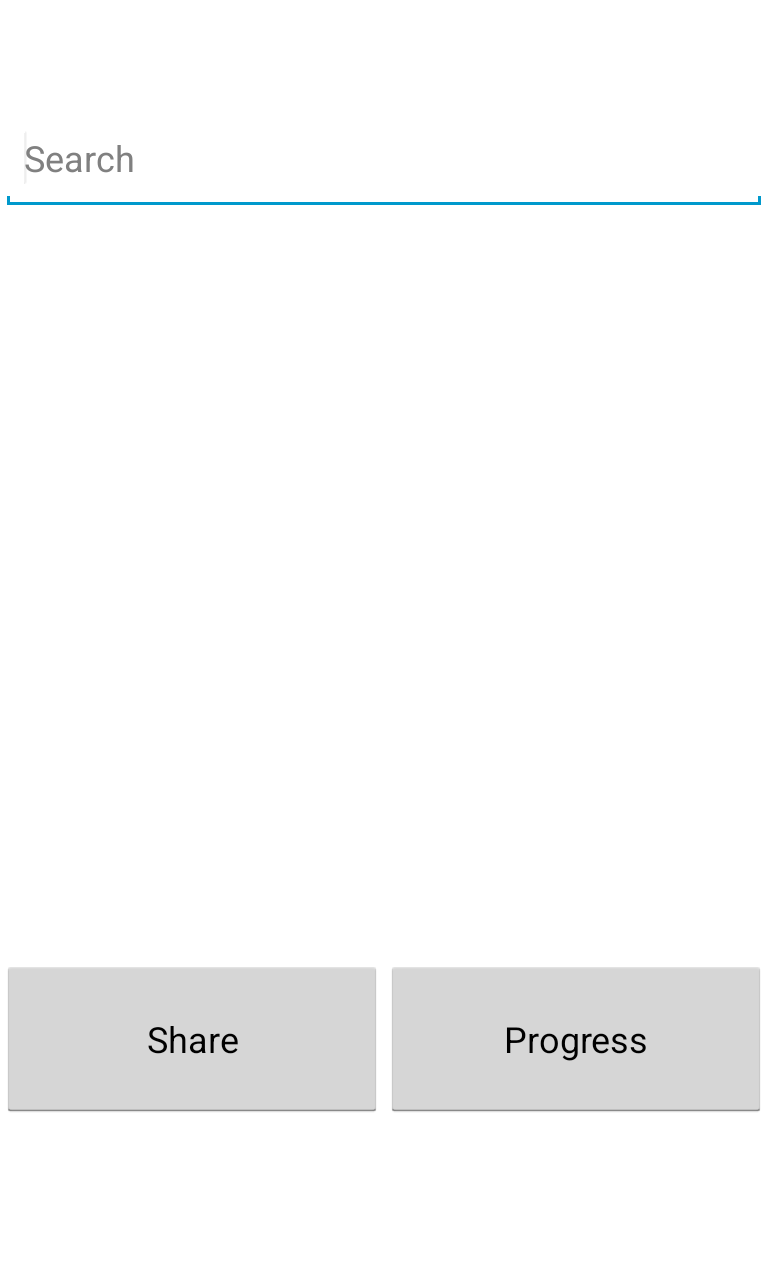
Repository: thinhnk55/android-appshare
Layout: ShareApp/res/layout/activity_main.xml
An editor plug-in stored every save of this project. The layout is shown before and after the next save, followed by the edit.
It is drawn on a 768 x 1280 px phone screen (xhdpi) without system bars, with theme AppTheme; the app's code is not run.

Above is the layout before, as saved 2014-07-17 15:09:47.

### ShareApp/res/layout/activity_main.xml
<RelativeLayout xmlns:android="http://schemas.android.com/apk/res/android"
    xmlns:tools="http://schemas.android.com/tools"
    android:layout_width="match_parent"
    android:layout_height="match_parent"
    tools:context=".MainActivity">

    <TabHost
        android:id="@android:id/tabhost"
        android:layout_width="match_parent"
        android:layout_height="match_parent"
        android:layout_alignParentLeft="true"
        android:layout_alignParentTop="true">

        <LinearLayout
            android:layout_width="match_parent"
            android:layout_height="match_parent"
            android:orientation="vertical"
            android:weightSum="120" >

            <TabWidget
                android:id="@android:id/tabs"
                android:layout_width="match_parent"
                android:layout_height="0dp"
                android:layout_weight="10">
            </TabWidget>

            <AutoCompleteTextView
                android:id="@+id/autoCompleteTextView1"
                android:layout_width="match_parent"
                android:layout_height="0dp"
                android:layout_weight="10"
                android:ems="10"
                android:hint="Search">

                <requestFocus
                    android:layout_width="wrap_content"
                    android:layout_height="wrap_content" />

            </AutoCompleteTextView>

            <FrameLayout
                android:id="@android:id/tabcontent"
                android:layout_width="match_parent"
                android:layout_height="0dp"
                android:layout_weight="70">

            </FrameLayout>

            <HorizontalScrollView
                android:id="@+id/horizontalScrollView1"
                android:layout_width="match_parent"
                android:layout_height="0dp"
                android:weightSum="20" >

                <LinearLayout
                    android:layout_width="match_parent"
                    android:layout_height="match_parent"
                    android:orientation="horizontal" >
                </LinearLayout>
            </HorizontalScrollView>

            <LinearLayout
                android:layout_width="match_parent"
                android:layout_height="0dp"
                android:layout_weight="15"
                android:weightSum="20">

                <Button
                    android:id="@+id/button2"
                    android:layout_width="0dp"
                    android:layout_height="match_parent"
                    android:layout_weight="10"
                    android:text="Share" />

                <Button
                    android:id="@+id/button3"
                    android:layout_width="0dp"
                    android:layout_height="match_parent"
                    android:layout_weight="10"
                    android:text="Progress" />

            </LinearLayout>

        </LinearLayout>
    </TabHost>

</RelativeLayout>

Loaded but not shown: ShareApp/res/values/styles.xml (common file); ShareApp/res/values-v11/styles.xml (common file); ShareApp/res/values-v14/styles.xml (common file)

After the next save:
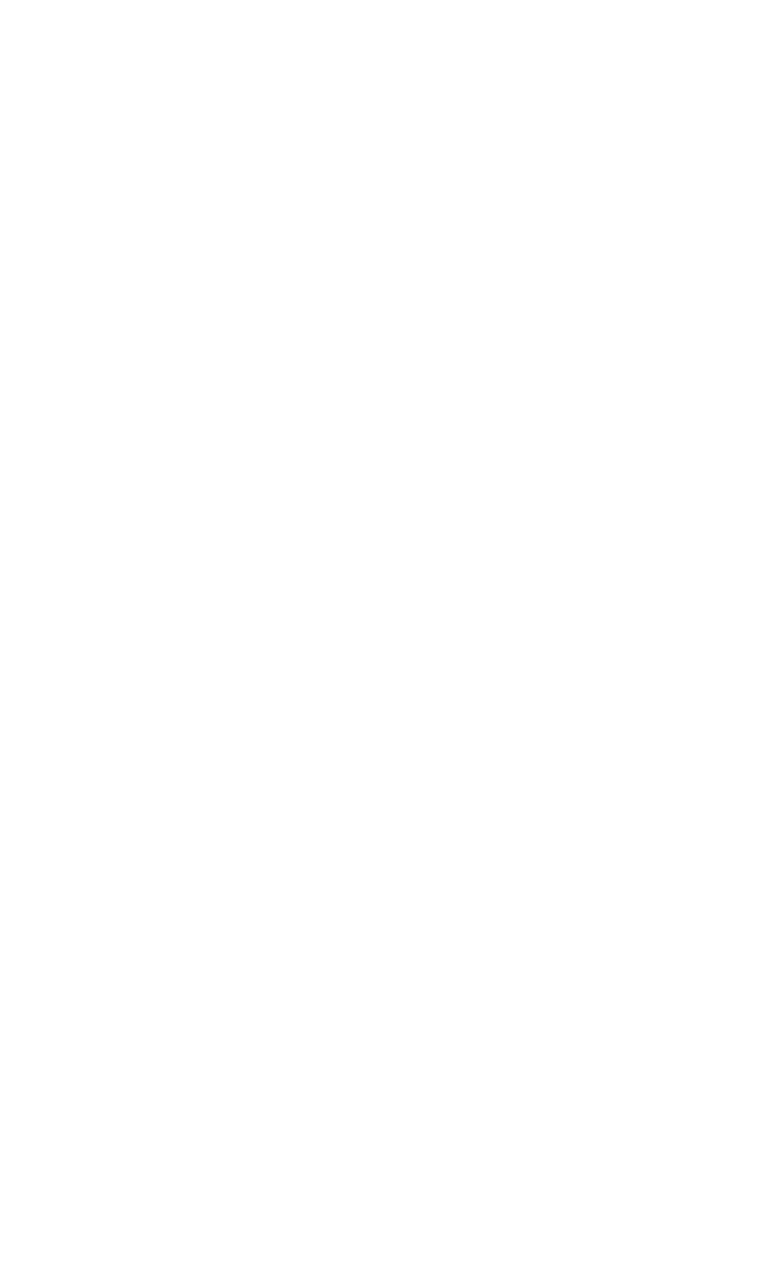
Saved 47 s later.
--- a/ShareApp/res/layout/activity_main.xml
+++ b/ShareApp/res/layout/activity_main.xml
@@ -49,7 +49,7 @@
             <HorizontalScrollView
                 android:id="@+id/horizontalScrollView1"
                 android:layout_width="match_parent"
-                android:layout_height="0dp"
+                android:layout_height="match_parent"
                 android:weightSum="20" >
 
                 <LinearLayout

After the save that followed:
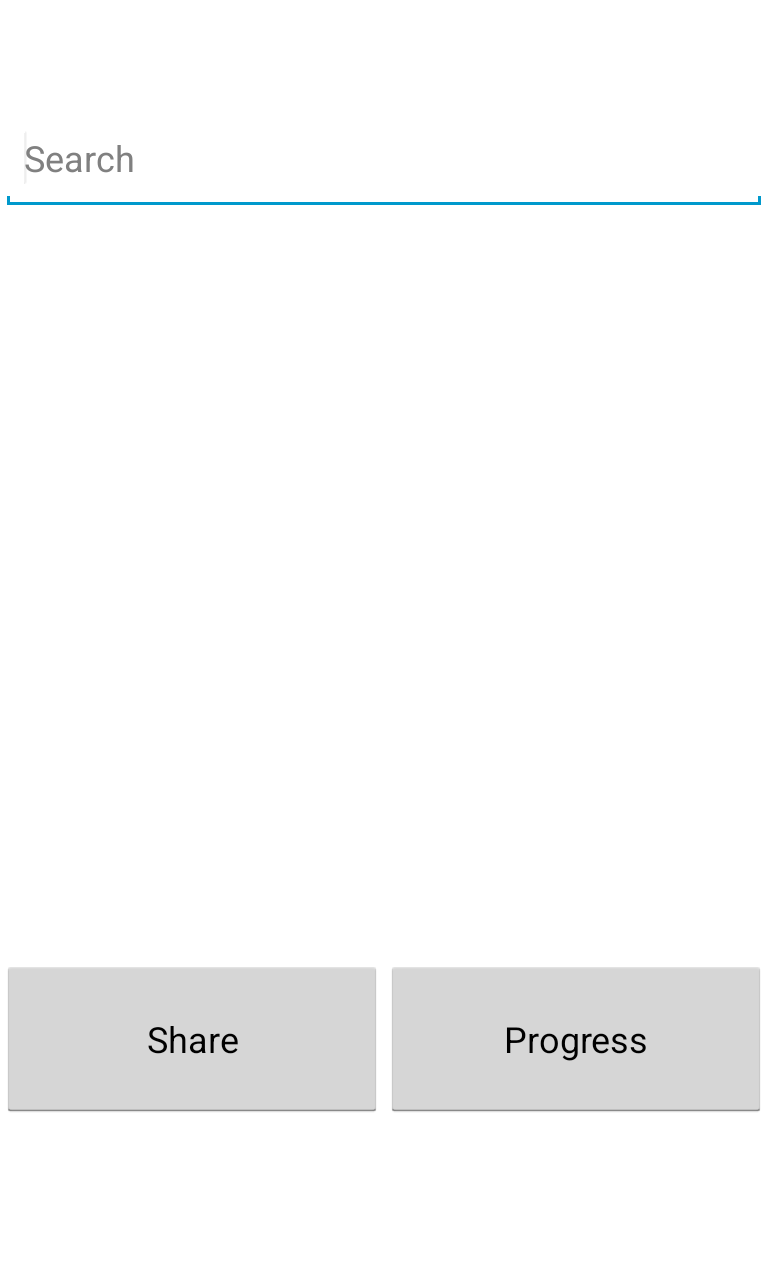
Saved 11 s later.
--- a/ShareApp/res/layout/activity_main.xml
+++ b/ShareApp/res/layout/activity_main.xml
@@ -49,7 +49,7 @@
             <HorizontalScrollView
                 android:id="@+id/horizontalScrollView1"
                 android:layout_width="match_parent"
-                android:layout_height="match_parent"
+                android:layout_height="0dp"
                 android:weightSum="20" >
 
                 <LinearLayout
